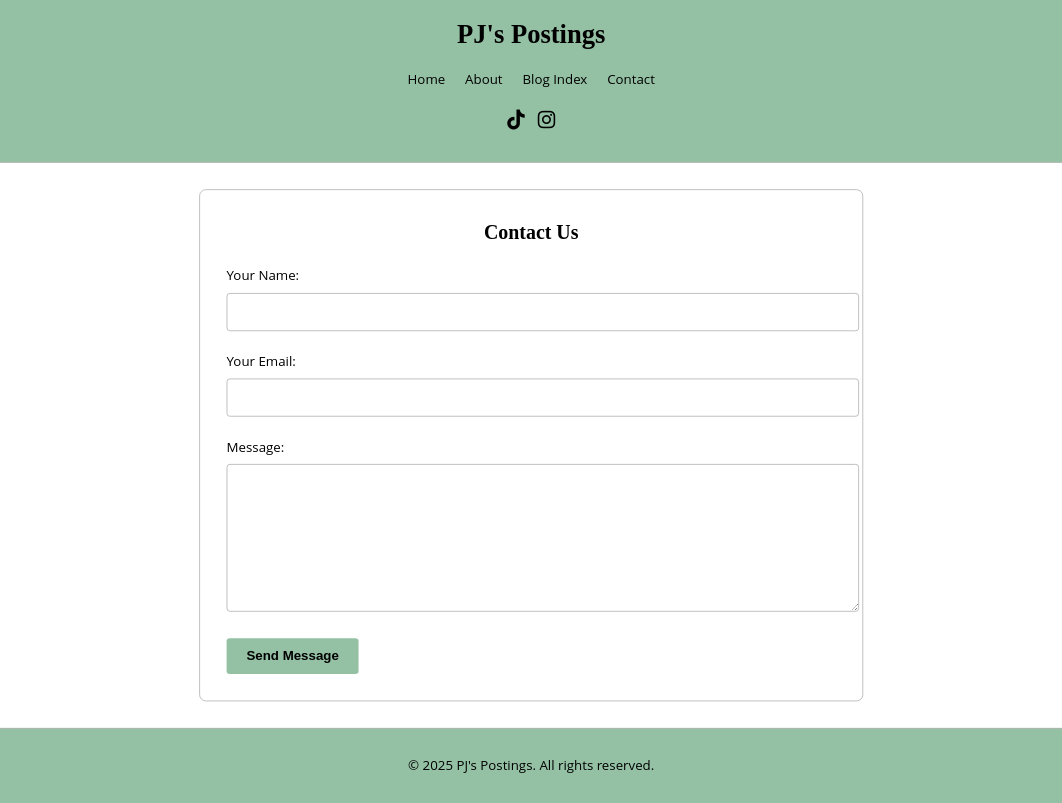
Repository: pjpatrick071/pjpatrick071.github.io
Page: contact.html
The author's editor kept a copy of each file at every save. The page is drawn from the files as they stood at one save, then again after the next save.
The browser window is 1280 px wide. The pictures show the whole page, at 83% of full size.
Some web fonts or font styles are not loaded; a fallback is used.

Above is the page before, as saved 2025-04-03 00:25:16.

After the next save:
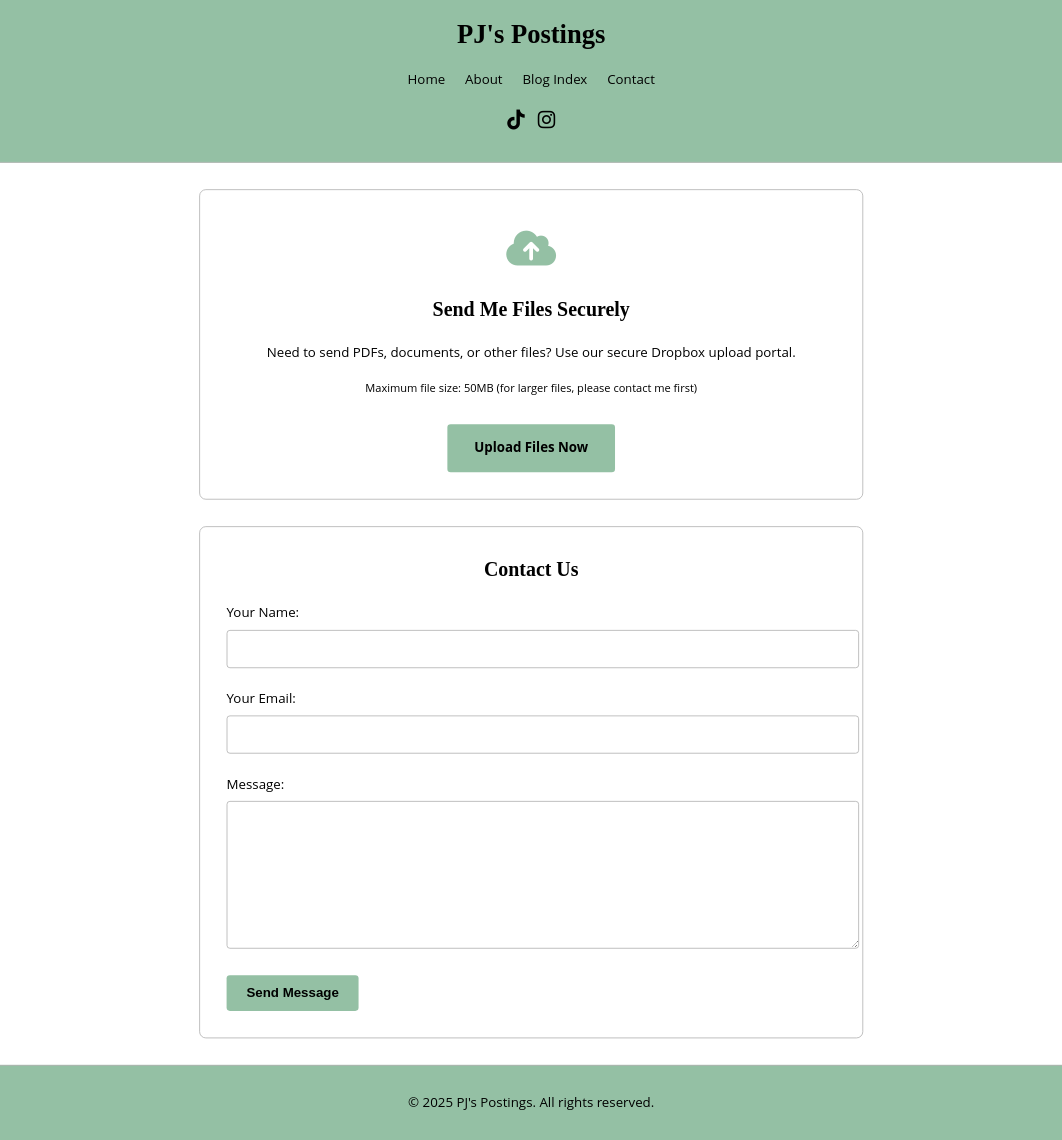
Saved 19 h 12 min later.
--- a/contact.html
+++ b/contact.html
@@ -126,6 +126,38 @@
         }
 
         .submit-btn:hover {
+            background-color: #82ad90;
+        }
+
+        /* File Upload Section */
+        .file-upload {
+            background-color: var(--white);
+            border: 1px solid var(--silver);
+            border-radius: 8px;
+            padding: 2rem;
+            margin-bottom: 2rem;
+            text-align: center;
+        }
+
+        .file-upload-icon {
+            font-size: 3rem;
+            color: var(--soft-green);
+            margin-bottom: 1rem;
+        }
+
+        .upload-btn {
+            display: inline-block;
+            background-color: var(--soft-green);
+            color: var(--black);
+            padding: 1rem 2rem;
+            border-radius: 4px;
+            text-decoration: none;
+            font-weight: bold;
+            margin-top: 1rem;
+            transition: background-color 0.3s;
+        }
+
+        .upload-btn:hover {
             background-color: #82ad90;
         }
 
@@ -196,6 +228,20 @@
 
     <!-- Main Content -->
     <div class="container">
+        <!-- File Upload Section -->
+        <section class="file-upload">
+            <div class="file-upload-icon">
+                <i class="fas fa-cloud-upload-alt"></i>
+            </div>
+            <h2 class="form-title">Send Me Files Securely</h2>
+            <p>Need to send PDFs, documents, or other files? Use our secure Dropbox upload portal.</p>
+            <p><small>Maximum file size: 50MB (for larger files, please contact me first)</small></p>
+            <a href="https://www.dropbox.com/request/YOUR_UNIQUE_LINK_HERE" class="upload-btn" target="_blank" rel="noopener noreferrer">
+                Upload Files Now
+            </a>
+        </section>
+
+        <!-- Contact Form -->
         <section class="contact-form">
             <h2 class="form-title">Contact Us</h2>
 
